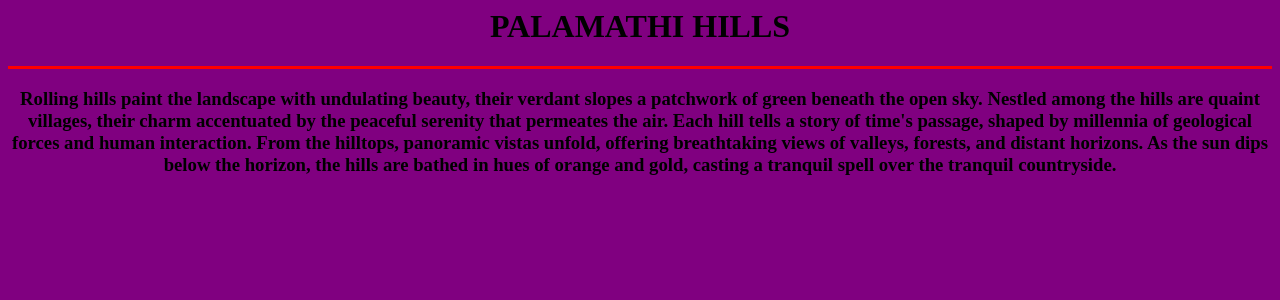
Repository: Oviya24032K6/NearMe
Page: ovi/surveyapp/static/PALAMATHI HILLS.html
An editor plug-in stored every save of this project. The page is shown before and after the next save, followed by the edit.
The browser window is 1280 px wide. The pictures show the whole page.

Above is the page before, as saved 2024-03-25 23:19:34.

After the next save:
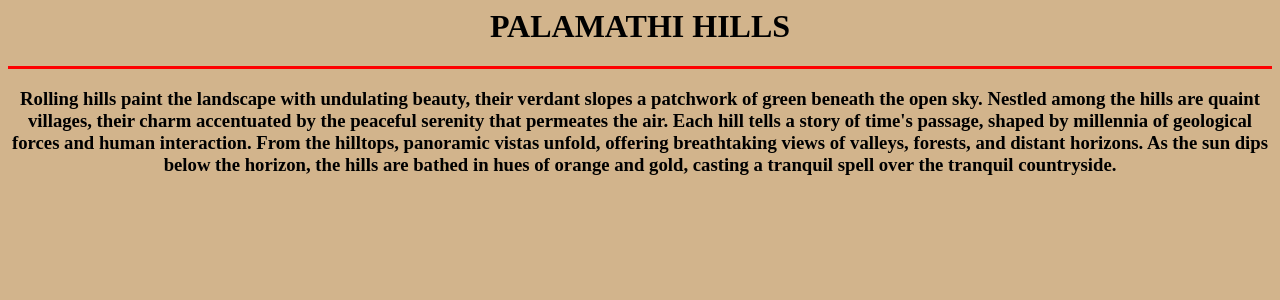
Saved 61 s later.
--- a/ovi/surveyapp/static/PALAMATHI HILLS.html
+++ b/ovi/surveyapp/static/PALAMATHI HILLS.html
@@ -4,7 +4,7 @@
             PALAMATHI HILLS
         </title>
 	</head>
-	<body bgcolor="purple">
+	<body bgcolor="tan">
 		<h1 align="center" >PALAMATHI HILLS</h1>
         <hr size="3" color="red">
         <h3 align="center">Rolling hills paint the landscape with undulating beauty, their verdant slopes a patchwork of green beneath the open sky.
